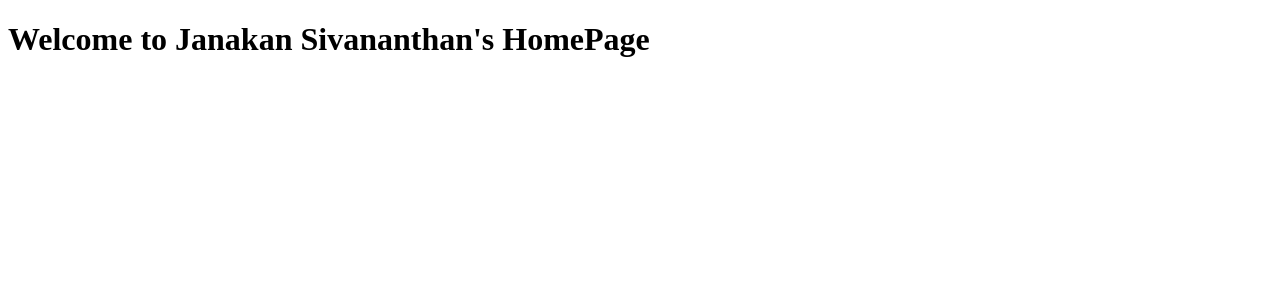
Repository: JanakanS95/COMP-229-Assignment-1
Page: http://localhost/
These files come from the project's save history. The page is drawn as it stood at one moment and after the next save; the edit follows.
The browser window is 1280 px wide. The pictures show the whole page.
The page is served by the project's Node server (app.js). Other server files are loaded and not shown.

Above is the page before, as saved 2021-06-03 16:39:38.

### views/index.ejs
<!DOCTYPE html>
<html>
  <head>
    <title><%= title %></title>
    <link rel='stylesheet' href='/Content/index.css' />
  </head>
  <body>
    <h1>Welcome to <%= title %>'s HomePage</h1>
  </body>
</html>

### app.js
let createError = require('http-errors');
let express = require('express');
let path = require('path');
let cookieParser = require('cookie-parser');
let logger = require('morgan');

let indexRouter = require('./routes/index');
let usersRouter = require('./routes/users');

let app = express();

// view engine setup
app.set('views', path.join(__dirname, 'views'));
app.set('view engine', 'ejs');

app.use(logger('dev'));
app.use(express.json());
app.use(express.urlencoded({ extended: false }));
app.use(cookieParser());
app.use(express.static(path.join(__dirname, 'public')));

app.use('/', indexRouter);
app.use('/users', usersRouter);

// catch 404 and forward to error handler
app.use(function(req, res, next) {
  next(createError(404));
});

// error handler
app.use(function(err, req, res, next) {
  // set locals, only providing error in development
  res.locals.message = err.message;
  res.locals.error = req.app.get('env') === 'development' ? err : {};

  // render the error page
  res.status(err.status || 500);
  res.render('error');
});

module.exports = app;

### routes/index.js
var express = require('express');
var router = express.Router();

/* GET home page. */
router.get('/', function(req, res, next) {
  res.render('index', { title: 'Janakan Sivananthan' });
});

/* GET home page. */
router.get('/home', function(req, res, next) {
  res.render('index', { title: 'Janakan Sivananthan' });
});

/* GET About me page. */
router.get('/about', function(req, res, next) {
  res.render('index', { title: 'About Me' });
});

/* GET Projects page. */
router.get('/projects', function(req, res, next) {
  res.render('index', { title: 'Projects' });
});

/* GET Service page. */
router.get('/services', function(req, res, next) {
  res.render('index', { title: 'Services' });
});

/* GET Contact Me page. */
router.get('/contact', function(req, res, next) {
  res.render('index', { title: 'Contact Me' });
});

module.exports = router;

### public/Content/index.css
h1{
  align-content : center;
}

After the next save:
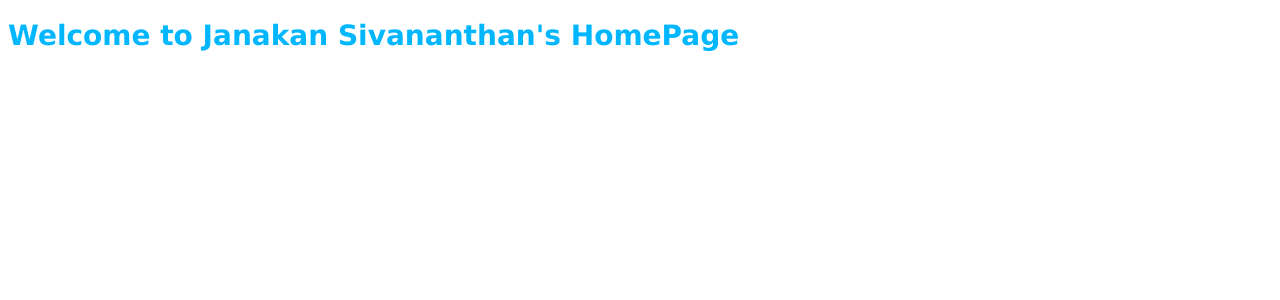
Saved 33 s later.
--- a/public/Content/index.css
+++ b/public/Content/index.css
@@ -1,3 +1,7 @@
-h1{
-  align-content : center;
+body {
+  font: 14px "Lucida Grande", Helvetica, Arial, sans-serif;
 }
+
+h1 {
+  color: #00B7FF;
+}
